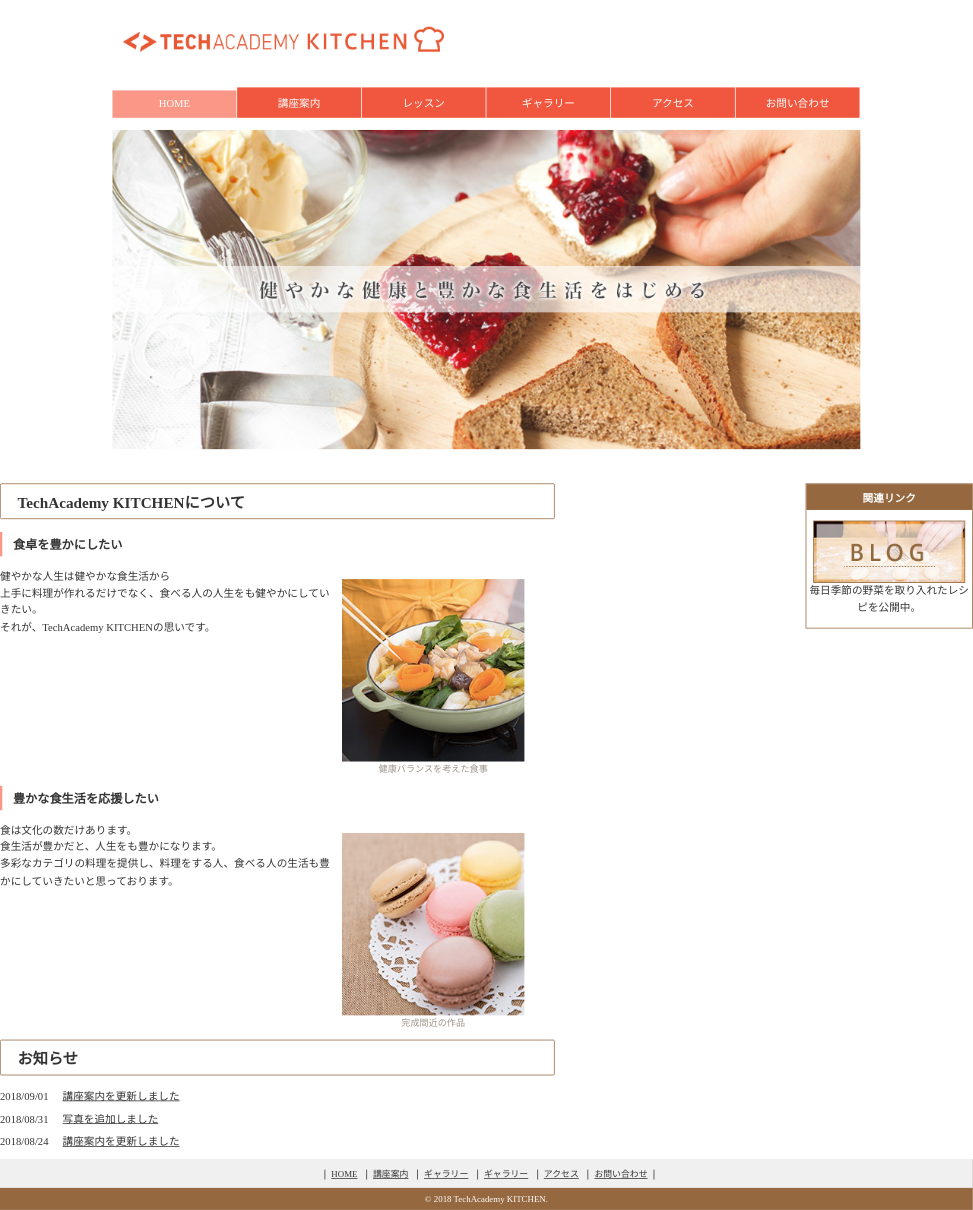
Repository: TS1234567/message-board2
Page: kitchen.html
The author's editor kept a record of every edit. The page is drawn from the files as they stood at one moment, then again after the next edit.
The browser window is 1280 px wide. The pictures show the whole page, at 76% of full size.

Above is the page before.

After the next edit:
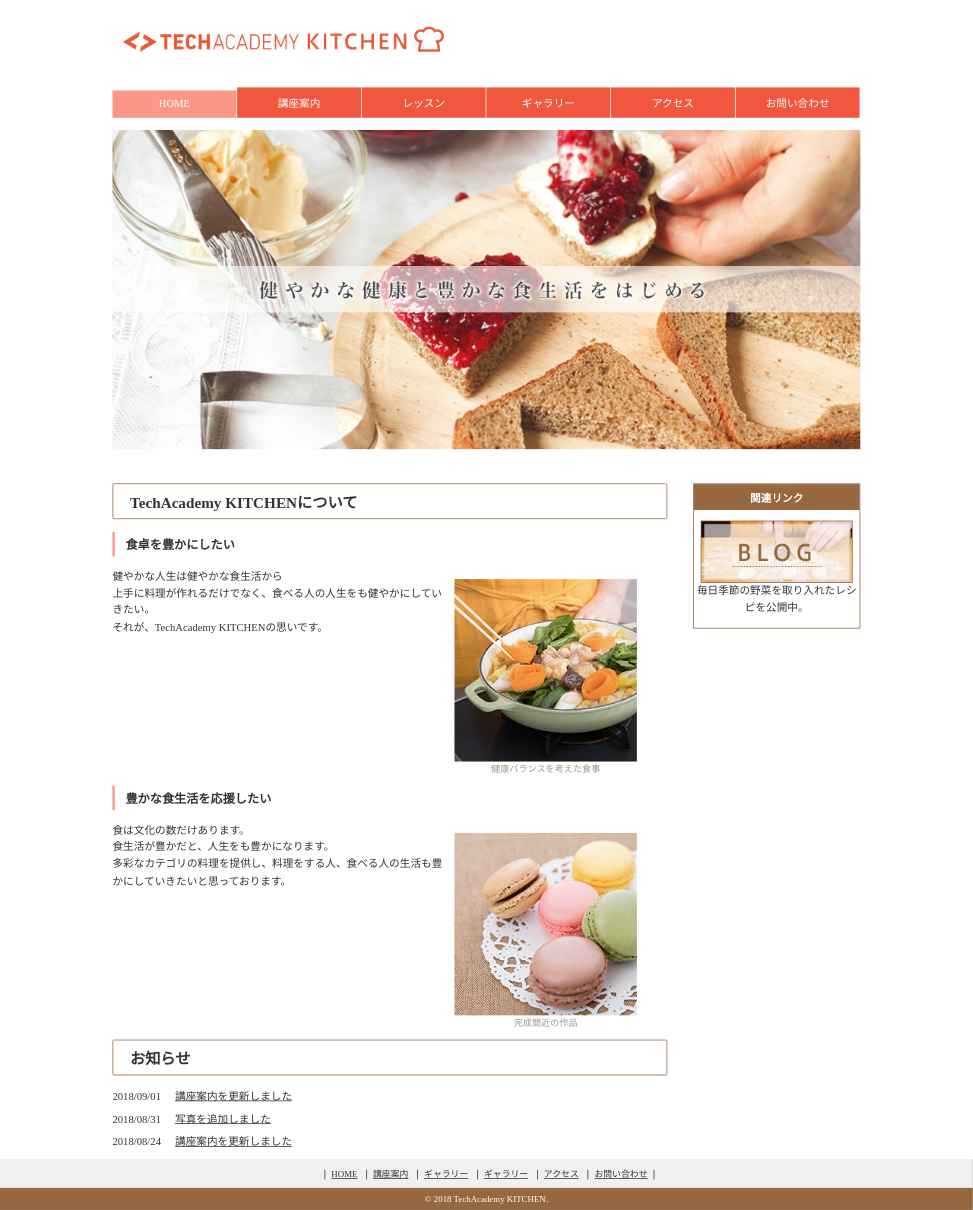
The edit:
--- a/kitchen.html
+++ b/kitchen.html
@@ -23,7 +23,7 @@
         <div id="main_visual">
             <img src="images_kitchen/main_visual.jpg" alt="健やかな健康と豊かな食生活をはじめる">
         </div>
-        <div id="wrappeer" class="clearfix">
+        <div id="wrapper" class="clearfix">
             <div id="main">
                 <section id="point">
                 <h2>TechAcademy KITCHENについて</h2>
